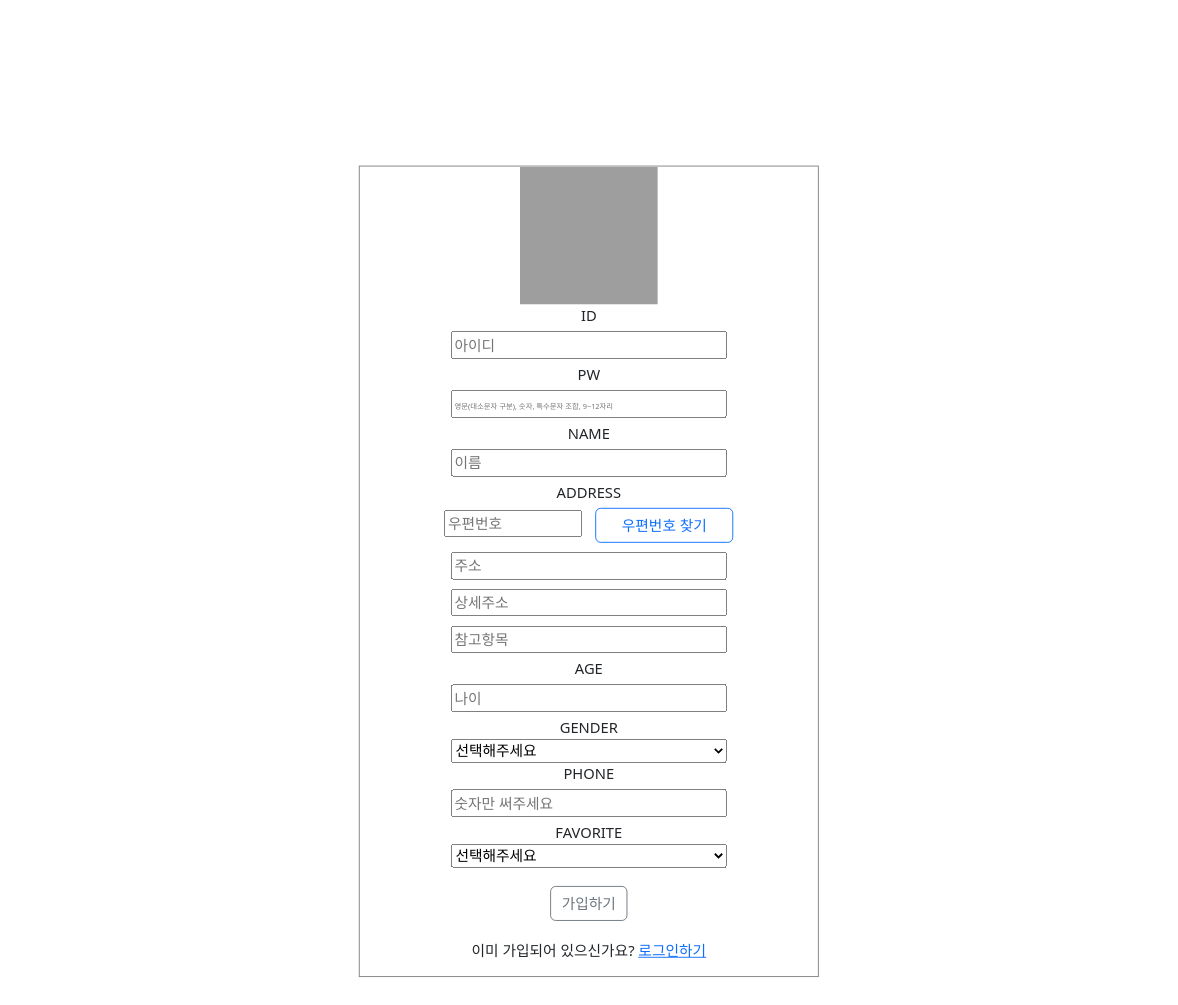
Repository: bongbongi/book1
Page: http://localhost/book/WEB-INF/views/member/memberJoin.jsp
These files come from the project's save history. The page is drawn as it stood at one moment and after the next save; the edit follows.
The browser window is 1280 px wide. The pictures show the whole page, at 92% of full size.
Pictures or frames that could not be fetched are drawn as grey boxes. Some web libraries are served in a nearby version. The page is served by Tomcat 9. Nobody is signed in. Other server files are loaded and not shown. The template is opened directly, without the code that normally fills it, so the values that code supplies are empty.

Above is the page before, as saved 2023-01-12 15:07:49.

### book/src/main/webapp/WEB-INF/views/member/memberJoin.jsp
<%@ page language="java" contentType="text/html; charset=UTF-8"
	pageEncoding="UTF-8"%>
<%@ taglib uri="http://java.sun.com/jsp/jstl/core" prefix="c"%>
<!DOCTYPE html>
<html>
<head>
<meta charset="UTF-8">
<!-- CSS only -->
<link href="https://cdn.jsdelivr.net/npm/bootstrap@5.2.2/dist/css/bootstrap.min.css"
rel="stylesheet" integrity="sha384-Zenh87qX5JnK2Jl0vWa8Ck2rdkQ2Bzep5IDxbcnCeuOxjzrPF/et3URy9Bv1WTRi"
crossorigin="anonymous">
<script src="https://kit.fontawesome.com/92e616dfba.js" crossorigin="anonymous"></script>
<link href="../resources/css/memberJoin.css" type="text/css" rel="stylesheet">
<script src="//t1.daumcdn.net/mapjsapi/bundle/postcode/prod/postcode.v2.js"></script>
<script src="https://code.jquery.com/jquery-3.4.1.js"></script>
<script type="text/javascript" src="/resources/js/memberJoin.js"></script>
<title>회원가입</title>
</head>
<body>
    <form action="/mem/join" method="post">
        <div class="join-container">
            <div class="logo">
                <a href="/"><img src="../resources/img/logo.jpg" alt="로고"></a><br>
            </div>
				<lable for="mem_id">ID</lable>
				<br> <input type="text" class="join-input" name="mem_id"
					id="mem_id" placeholder="아이디" onchange="checkId()" required>
					<span class="id_ok"><i class="fa-solid fa-check"></i></span>
	                <span class="id_duplicate"><i class="fa-solid fa-x"></i></span>
	                <span class="id_null"><i class="fa-solid fa-x"></i></span>
	                <Br>
                <lable for="mem_pw">PW</lable><br>
                <input type="password" class="join-input" name="mem_pw" id="mem_pw"
                    placeholder="영문(대소문자 구분), 숫자, 특수문자 조합, 9~12자리" onchange="checkPw()" required>
                <span class="pw_ok"><i class="fa-solid fa-check"></i></span>
                <span class="pw_rewrite"><i class="fa-solid fa-x"></i></span>
                <span class="pw_null"><i class="fa-solid fa-x"></i></span>
                <br>
                <lable for="mem_name">NAME</lable><br>
                <input type="text" class="join-input" name="mem_name" placeholder="이름" required>
                <br>
                <lable for="mem_postzip">ADDRESS</lable><br>

                <input type="text" class="join-input zip" id="postcode" name="mem_postzip" placeholder="우편번호" required>
                <input type="button" class="join-input zip btn btn-outline-primary" onclick="execDaumPostcode()"
                    value="우편번호 찾기">
                <br>

                <input type="text" class="join-input" id="address" name="address" placeholder="주소" required>

                <br>

                <input type="text" class="join-input" id="detailAddress" name="detailAddress" placeholder="상세주소"
                    required>
                <input type="text" class="join-input" id="extraAddress" name="extraAddress" placeholder="참고항목" readonly="readonly">
                <br>
                <lable for="mem_age">AGE</lable><br>
                <td><input type="text" class="join-input" name="mem_age" placeholder="나이" required>
                    <br>
                    <lable for="mem_gender">GENDER</lable><br>
                    <select class="join-input" name="mem_gender" required="required">
                        <option value="null">선택해주세요</option>
                        <option value="1">남자</option>
                        <option value="2">여자</option>
                    </select>
                    <br>
                    <lable for="mem_cell_num">PHONE</lable><br>
                    <input type="text" class="join-input" name="mem_cell_num" id="mem_cell_num" placeholder="숫자만 써주세요"
                        onchange="checkCellNum()" required>
                    <span class="cellNum_ok"><i class="fa-solid fa-check"></i></span>
                    <span class="cellNum_duplicate"><i class="fa-solid fa-x"></i></span>
                    <span class="cellNum_null"><i class="fa-solid fa-x"></i></span>
                    <br>
                    <lable for="mno_cno">FAVORITE</lable><br>

                    <select class="join-input" name="mno_cno" required="required">
                        <option value="0" selected="selected">선택해주세요</option>
                        <option value="1">소설</option>
                        <option value="2">에세이</option>
                        <option value="3">건강/취미</option>
                        <option value="4">컴퓨터/모바일</option>
                    </select>
                    <Br>
                    <button type=submit" class="btn btn-outline-secondary btn-submit">가입하기</button>
    </form>

    <div>
        <p>이미 가입되어 있으신가요? <a href="/mem/loginPage">로그인하기</a></p>
    </div>

</body>
</html>

### book/src/main/webapp/resources/css/memberJoin.css
@charset "UTF-8";

body {
	text-align: center;
	margin: 0 auto;
	width: 100%;
	padding-top: 150px;
}

input {
	margin: 5px;
}

.btn-submit {
	margin: 20px;
}

.logo>a>img {
	width: 150px;
	height: 150px;
}

.join-container {
	border: 1px solid gray;
	width: 500px;
	height: 100%;
	margin: 30px auto;
}

#mem_pw::placeholder, #mem_pwRe::placeholder {
	font-size: 8px;
}

.join-input {
	width: 300px;
}

.zip {
	width: 150px;
}
/* 아이디,비밀번호, 핸드폰번호 사용 가능 여부 */
.id_ok {
	color: #008000;
	display: none;
}

.id_duplicate {
	color: #ff0000;
	display: none;
}

.id_null {
	color: #ff0000;
	display: none;
}

.pw_ok {
	color: #008000;
	display: none;
}

.pw_rewrite {
	color: #ff0000;
	display: none;
}

.pw_null {
	color: #ff0000;
	display: none;
}

.pwRe_ok {
	color: #008000;
	display: none;
}

.pwRe_rewrite {
	color: #ff0000;
	display: none;
}

.pwRe_null {
	color: #ff0000;
	display: none;
}

.cellNum_ok {
	color: #008000;
	display: none;
}

.cellNum_duplicate {
	color: #ff0000;
	display: none;
}

.cellNum_null {
	color: #ff0000;
	display: none;
}

### book/src/main/webapp/resources/js/memberJoin.js

	function execDaumPostcode() {
        new daum.Postcode({
            oncomplete: function(data) {
                // 팝업에서 검색결과 항목을 클릭했을때 실행할 코드를 작성하는 부분.

                // 각 주소의 노출 규칙에 따라 주소를 조합한다.
                // 내려오는 변수가 값이 없는 경우엔 공백('')값을 가지므로, 이를 참고하여 분기 한다.
                var addr = ''; // 주소 변수
                var extraAddr = ''; // 참고항목 변수

                //사용자가 선택한 주소 타입에 따라 해당 주소 값을 가져온다.
                if (data.userSelectedType === 'R') { // 사용자가 도로명 주소를 선택했을 경우
                    addr = data.roadAddress;
                } else { // 사용자가 지번 주소를 선택했을 경우(J)
                    addr = data.jibunAddress;
                }

                // 사용자가 선택한 주소가 도로명 타입일때 참고항목을 조합한다.
                if(data.userSelectedType === 'R'){
                    // 법정동명이 있을 경우 추가한다. (법정리는 제외)
                    // 법정동의 경우 마지막 문자가 "동/로/가"로 끝난다.
                    if(data.bname !== '' && /[동|로|가]$/g.test(data.bname)){
                        extraAddr += data.bname;
                    }
                    // 건물명이 있고, 공동주택일 경우 추가한다.
                    if(data.buildingName !== '' && data.apartment === 'Y'){
                        extraAddr += (extraAddr !== '' ? ', ' + data.buildingName : data.buildingName);
                    }
                    // 표시할 참고항목이 있을 경우, 괄호까지 추가한 최종 문자열을 만든다.
                    if(extraAddr !== ''){
                        extraAddr = ' (' + extraAddr + ')';
                    }
                    // 조합된 참고항목을 해당 필드에 넣는다.
                    document.getElementById("extraAddress").value = extraAddr;

                } else {
                    document.getElementById("extraAddress").value = '';
                }

                // 우편번호와 주소 정보를 해당 필드에 넣는다.
                document.getElementById('postcode').value = data.zonecode;
                document.getElementById("address").value = addr;
                // 커서를 상세주소 필드로 이동한다.
                document.getElementById("detailAddress").focus();
            }
        }).open();
    }

	function checkId(){
        var mem_id = document.getElementById('mem_id').value; //id값이 "id"인 입력란의 값을 저장
		console.log(mem_id);
        $.ajax({
            url:'/mem/idCheck', //Controller에서 요청 받을 주소
            type:'post', //POST 방식으로 전달
            data:{mem_id:mem_id},
            success:function(isOk){ //컨트롤러에서 넘어온 isOK값을 받는다
                if(isOk == 'id_ok'){ //ok이면 가입 가능
                    $('.id_ok').css("display","inline-block");
                    $('.id_duplicate').css("display", "none");
					$('.id_null').css("display", "none");
                }else if(isOk =='id_null'){//input이 null값임. 입력 요청
					$('.id_ok').css("display","none");
                    $('.id_duplicate').css("display", "none");
					$('.id_null').css("display", "inline-block");
				}
				else { //중복일 경우
                    $('.id_ok').css("display", "none");
                    $('.id_duplicate').css("display","inline-block");
					$('.id_null').css("display", "none");
                    // alert("아이디를 다시 입력해주세요");
                    $('#mem_id').val('');
                }
            },
			error:function(request,status,error){
			console.log("code:"+request.status+"\n"+"message:"+request.responseText+"\n"+"error:"+error);
			}

        });
        };






	function checkPw(){
	 var mem_pw = document.getElementById('mem_pw').value; //pw값이 "pw"인 입력란의 값을 저장
	console.log("js mem_pw 출력 : "+mem_pw);
	$.ajax({
		url:'/mem/pwCheck', //Controller에서 요청 받을 주소
		type:'post', //POST 방식으로 전달
		data:{mem_pw:mem_pw},
		success:function(isOk){ //컨트롤러에서 넘어온 isOK값을 받는다
			if(isOk == 'pw_ok'){ //ok이면 가입 가능
				$('.pw_ok').css("display","inline-block");
				$('.pw_rewrite').css("display", "none"); //정규식 어긋나면
				$('.pw_null').css("display", "none");
			}else if(isOk =='pw_null'){//input이 null값임. 입력 요청
				$('.pw_ok').css("display","none");
				$('.pw_rewrite').css("display", "none");
				$('.pw_null').css("display", "inline-block");
			}
			else { //중복일 경우
				$('.pw_ok').css("display", "none");
				$('.pw_rewrite').css("display","inline-block");
				$('.pw_null').css("display", "none");
				// alert("아이디를 다시 입력해주세요");
				$('#mem_pw').val('');
			}
		},
		error:function(request,status,error){
		console.log("code:"+request.status+"\n"+"message:"+request.responseText+"\n"+"error:"+error);
		}

	});
	};

	function checkPwRe(){
	var mem_pwRe = document.getElementById('mem_pwRe').value;
	console.log(mem_pwRe);
	$.ajax({
		url:'/mem/pwCheckRe', //Controller에서 요청 받을 주소
		type:'post', //POST 방식으로 전달
		data:{mem_pwRe:mem_pwRe},
		success:function(isOk){ //컨트롤러에서 넘어온 isOK값을 받는다
			if(isOk == 'pwRe_ok'){ //ok이면 가입 가능
				$('.pwRe_ok').css("display","inline-block");
				$('.pwRe_rewrite').css("display", "none"); //정규식 어긋나면
				$('.pwRe_null').css("display", "none");
			}else if(isOk =='pwRe_null'){//input이 null값임. 입력 요청
				$('.pwRe_ok').css("display","none");
				$('.pwRe_rewrite').css("display", "none");
				$('.pwRe_null').css("display", "inline-block");
			}
			else { //중복일 경우
				$('.pwRe_ok').css("display", "none");
				$('.pwRe_rewrite').css("display","inline-block");
				$('.pwRe_null').css("display", "none");
				// alert("아이디를 다시 입력해주세요");
				$('#mem_pwRe').val('');
			}
		},
		error:function(request,status,error){
		console.log("code:"+request.status+"\n"+"message:"+request.responseText+"\n"+"error:"+error);
		}

	});
	};

	function checkCellNum(){
        var mem_cell_num = document.getElementById('mem_cell_num').value; //id값이 "id"인 입력란의 값을 저장
		console.log(mem_cell_num);
        $.ajax({
            url:'/mem/cellNumCheck', //Controller에서 요청 받을 주소
            type:'post', //POST 방식으로 전달
            data:{mem_cell_num:mem_cell_num},
            success:function(isOk){ //컨트롤러에서 넘어온 isOK값을 받는다
                if(isOk == 'cellNum_ok'){ //ok이면 가입 가능
                    $('.cellNum_ok').css("display","inline-block");
                    $('.cellNum_duplicate').css("display", "none");
					$('.cellNum_null').css("display", "none");
                }else if(isOk =='cellNum_null'){//input이 null값임. 입력 요청
					$('.cellNum_ok').css("display","none");
                    $('.cellNum_duplicate').css("display", "none");
					$('.cellNum_null').css("display", "inline-block");
				}
				else { //중복일 경우
                    $('.cellNum_ok').css("display", "none");
                    $('.cellNum_duplicate').css("display","inline-block");
					$('.cellNum_null').css("display", "none");
                    // alert("아이디를 다시 입력해주세요");
                    $('#mem_cell_num').val('');
                }
            },
			error:function(request,status,error){
			console.log("code:"+request.status+"\n"+"message:"+request.responseText+"\n"+"error:"+error);
			}

        });
        };

After the next save:
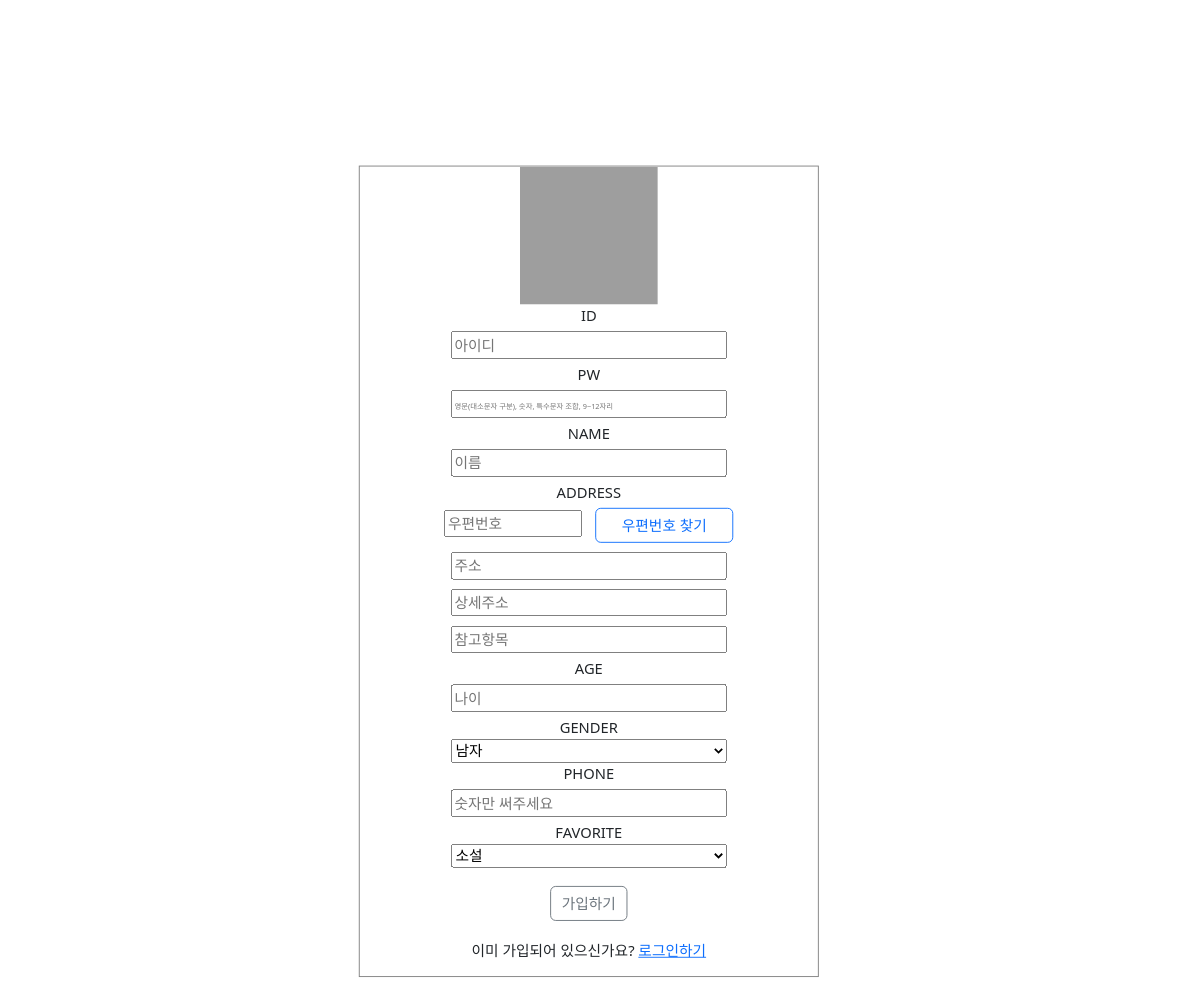
Saved 10 h 57 min later.
--- a/book/src/main/webapp/WEB-INF/views/member/memberJoin.jsp
+++ b/book/src/main/webapp/WEB-INF/views/member/memberJoin.jsp
@@ -1,5 +1,5 @@
 <%@ page language="java" contentType="text/html; charset=UTF-8"
-	pageEncoding="UTF-8"%>
+   pageEncoding="UTF-8"%>
 <%@ taglib uri="http://java.sun.com/jsp/jstl/core" prefix="c"%>
 <!DOCTYPE html>
 <html>
@@ -22,13 +22,13 @@ crossorigin="anonymous">
             <div class="logo">
                 <a href="/"><img src="../resources/img/logo.jpg" alt="로고"></a><br>
             </div>
-				<lable for="mem_id">ID</lable>
-				<br> <input type="text" class="join-input" name="mem_id"
-					id="mem_id" placeholder="아이디" onchange="checkId()" required>
-					<span class="id_ok"><i class="fa-solid fa-check"></i></span>
-	                <span class="id_duplicate"><i class="fa-solid fa-x"></i></span>
-	                <span class="id_null"><i class="fa-solid fa-x"></i></span>
-	                <Br>
+            <lable for="mem_id">ID</lable>
+            <br> <input type="text" class="join-input" name="mem_id"
+               id="mem_id" placeholder="아이디" onchange="checkId()" required>
+               <span class="id_ok"><i class="fa-solid fa-check"></i></span>
+                   <span class="id_duplicate"><i class="fa-solid fa-x"></i></span>
+                   <span class="id_null"><i class="fa-solid fa-x"></i></span>
+                   <Br>
                 <lable for="mem_pw">PW</lable><br>
                 <input type="password" class="join-input" name="mem_pw" id="mem_pw"
                     placeholder="영문(대소문자 구분), 숫자, 특수문자 조합, 9~12자리" onchange="checkPw()" required>
@@ -58,10 +58,10 @@ crossorigin="anonymous">
                 <td><input type="text" class="join-input" name="mem_age" placeholder="나이" required>
                     <br>
                     <lable for="mem_gender">GENDER</lable><br>
-                    <select class="join-input" name="mem_gender" required="required">
-                        <option value="null">선택해주세요</option>
-                        <option value="1">남자</option>
-                        <option value="2">여자</option>
+                    <select class="join-input" name="mem_gender" >
+
+                        <option value="0">남자</option>
+                        <option value="1">여자</option>
                     </select>
                     <br>
                     <lable for="mem_cell_num">PHONE</lable><br>
@@ -73,12 +73,12 @@ crossorigin="anonymous">
                     <br>
                     <lable for="mno_cno">FAVORITE</lable><br>
 
-                    <select class="join-input" name="mno_cno" required="required">
-                        <option value="0" selected="selected">선택해주세요</option>
-                        <option value="1">소설</option>
-                        <option value="2">에세이</option>
-                        <option value="3">건강/취미</option>
-                        <option value="4">컴퓨터/모바일</option>
+                    <select class="join-input" name="mno_cno">
+
+                        <option value="novel">소설</option>
+                        <option value="essay">에세이</option>
+                        <option value="life">건강/취미</option>
+                        <option value="computer">컴퓨터/모바일</option>
                     </select>
                     <Br>
                     <button type=submit" class="btn btn-outline-secondary btn-submit">가입하기</button>
